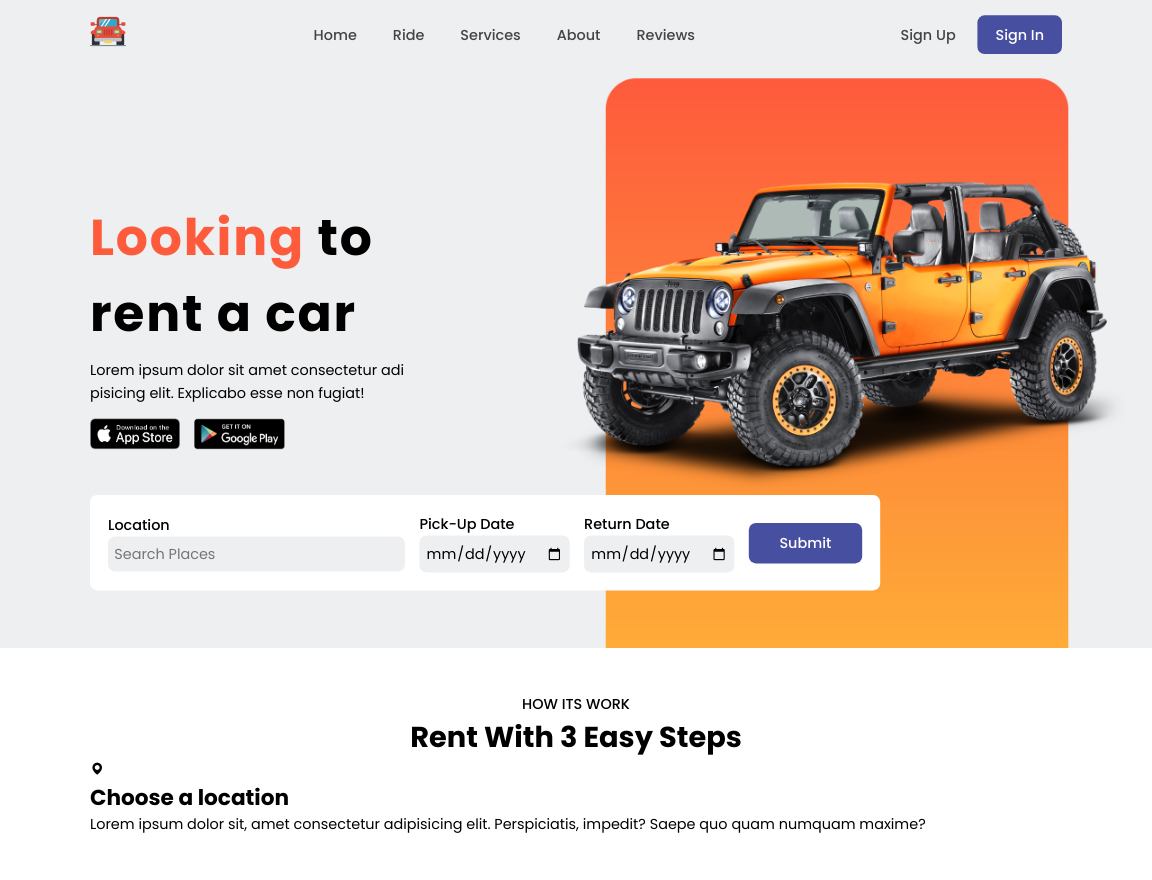
Repository: douglasabnovato/car-rental
Page: index.html
These files come from the project's save history. The page is drawn as it stood at one moment and after the next save; the edit follows.
The browser window is 1280 px wide. The pictures show the whole page, at 90% of full size.

Above is the page before, as saved 2025-05-16 13:29:00.

### index.html
<!DOCTYPE html>
<html lang="en">
  <head>
    <meta charset="UTF-8" />
    <meta name="viewport" content="width=device-width, initial-scale=1.0" />
    <title>Car Rental</title>
    <link
      rel="stylesheet"
      href="https://cdn.jsdelivr.net/npm/boxicons@latest/css/boxicons.min.css"
    />
    <link rel="stylesheet" href="./style.css" />
  </head>
  <body>
    <!-- Header -->
    <header>
      <a href="#" class="logo"
        ><img src="./assets/jeep.png" alt="logo da car rental" srcset=""
      /></a>
      <div class="bx bx-menu" id="menu-icon"></div>
      <ul class="navbar">
        <li><a href="#home">Home</a></li>
        <li><a href="#ride">Ride</a></li>
        <li><a href="#services">Services</a></li>
        <li><a href="#about">About</a></li>
        <li><a href="#reviews">Reviews</a></li>
      </ul>
      <div class="header-btn">
        <a href="#" class="sign-up">Sign Up</a>
        <a href="#" class="sign-in">Sign In</a>
      </div>
    </header>

    <!-- Home -->
    <section class="home" id="home">
      <div class="text">
        <h1>
          <span>Looking</span> to <br />
          rent a car
        </h1>
        <p>
          Lorem ipsum dolor sit amet consectetur adi <br />
          pisicing elit. Explicabo esse non fugiat!
        </p>
        <div class="app-stores">
          <img src="./assets/ios.png" alt="" />
          <img src="./assets/play.png" alt="" />
        </div>
      </div>
      <div class="form-container">
        <form action="">
          <div class="input-box">
            <span>Location</span>
            <input type="search" name="" id="" placeholder="Search Places" />
          </div>
          <div class="input-box">
            <span>Pick-Up Date</span>
            <input type="date" name="" id="" />
          </div>
          <div class="input-box">
            <span>Return Date</span>
            <input type="date" name="" id="" />
          </div>
          <input type="submit" name="" id="" class="btn" />
        </form>
      </div>
    </section>

    <!-- Ride -->
    <section class="ride" id="ride">
      <div class="heading">
        <span>How Its Work</span>
        <h1>Rent With 3 Easy Steps</h1>
      </div>
      <div class="ride-container">
        <div class="box">
          <i class="bx bxs-map"></i>
          <h2>Choose a location</h2>
          <p>Lorem ipsum dolor sit, amet consectetur adipisicing elit. Perspiciatis, impedit? Saepe quo quam numquam maxime?</p>
        </div>
      </div>
    </section>

    <!-- Link to JS -->
    <script src="./script.js"></script>
  </body>
</html>

### style.css
@import url("https://fonts.googleapis.com/css2?family=Noto+Sans:ital,wght@0,100..900;1,100..900&family=Poppins:ital,wght@0,100;0,200;0,300;0,400;0,500;0,600;0,700;0,800;0,900;1,100;1,200;1,300;1,400;1,500;1,600;1,700;1,800;1,900&display=swap");

* {
  margin: 0;
  padding: 0;
  box-sizing: border-box;
  scroll-padding-top: 2rem;
  scroll-behavior: smooth;
  list-style: none;
  text-decoration: none;
  font-family: "Poppins", sans-serif;
}

:root {
  --main-color: #fe5b3d;
  --second-color: #ffac38;
  --text-color: #444;
  --gradient: linear-gradient(#fe5b3d, #ffac38);
}

html::-webkit-scrollbar {
  width: 0.5rem;
}

html::-webkit-scrollbar-track {
  background: transparent;
}

html::-webkit-scrollbar-thumb {
  background: var(--main-color);
  border-radius: 5rem;
}

section {
  padding: 50px 100px;
}

/* Header */

header {
  position: fixed;
  width: 100%;
  top: 0;
  right: 0;
  z-index: 1000;
  display: flex;
  align-items: center;
  justify-content: space-between;
  background: #eeeff1;
  padding: 15px 100px;
}

.logo img {
  width: 40px;
}

.navbar {
  display: flex;
}

.navbar li {
  position: relative;
}

.navbar a {
  font-size: 1rem;
  padding: 10px 20px;
  color: var(--text-color);
  font-weight: 500;
}

.navbar a:after {
  content: "";
  width: 0;
  height: 3px;
  background: var(--gradient);
  position: absolute;
  bottom: -4px;
  left: 0;
  transition: 0.5s;
}

.navbar a:hover::after {
  width: 100%;
}

#menu-icon {
  font-size: 24px;
  cursor: pointer;
  z-index: 10001;
  display: none;
}

.header-btn a {
  padding: 10px 20px;
  color: var(--text-color);
  font-weight: 500;
}

.header-btn .sign-in {
  background: #474fa0;
  color: #fff;
  border-radius: 0.5rem;
}

.header-btn .sign-in:hover {
  background: var(--main-color);
}

/* Home */
.home {
  width: 100%;
  min-height: 100vh;
  position: relative;
  background: url(./assets/Car\ Website\ –\ 1@2x.png);
  background-repeat: no-repeat;
  background-position: center right;
  background-size: cover;
  display: grid;
  align-items: center;
  grid-template-columns: repeat(2, 1fr);
}

.text h1 {
  font-size: 3.5rem;
  letter-spacing: 2px;
}

.text span {
  color: var(--main-color);
}

.text p {
  margin: 0.5rem 0 1rem;
}

.app-stores {
  display: flex;
}

.app-stores img {
  width: 100px;
  margin-right: 1rem;
  cursor: pointer;
}

.form-container form {
  display: flex;
  flex-wrap: wrap;
  align-items: center;
  gap: 1rem;
  position: absolute;
  bottom: 4rem;
  left: 100px;
  background: #fff;
  padding: 20px;
  border-radius: 0.5rem;
}

.input-box {
  flex: 1 1 7rem;
  display: flex;
  flex-direction: column;
}

.input-box span {
  font-weight: 500;
}

.input-box input {
  padding: 7px;
  outline: none;
  border: none;
  background: #eeeff1;
  border-radius: 0.5rem;
  font-size: 1rem;
}

.form-container form .btn {
  flex: 1 1 7rem;
  padding: 10px 34px;
  border: none;
  border-radius: 0.5rem;
  background: #474fa0;
  color: #fff;
  font-size: 1rem;
  font-weight: 500;
}

.form-container form .btn:hover {
  background: var(--main-color);
  cursor: pointer;
}

/* Ride */
.heading {
  text-align: center;
}

.heading span {
  font-weight: 500;
  text-transform: uppercase;
}

.heading h1 {
  font-size: 2rem;
}

Loaded but not shown: script.js (no stored copy; drawn as an empty file)

After the next save:
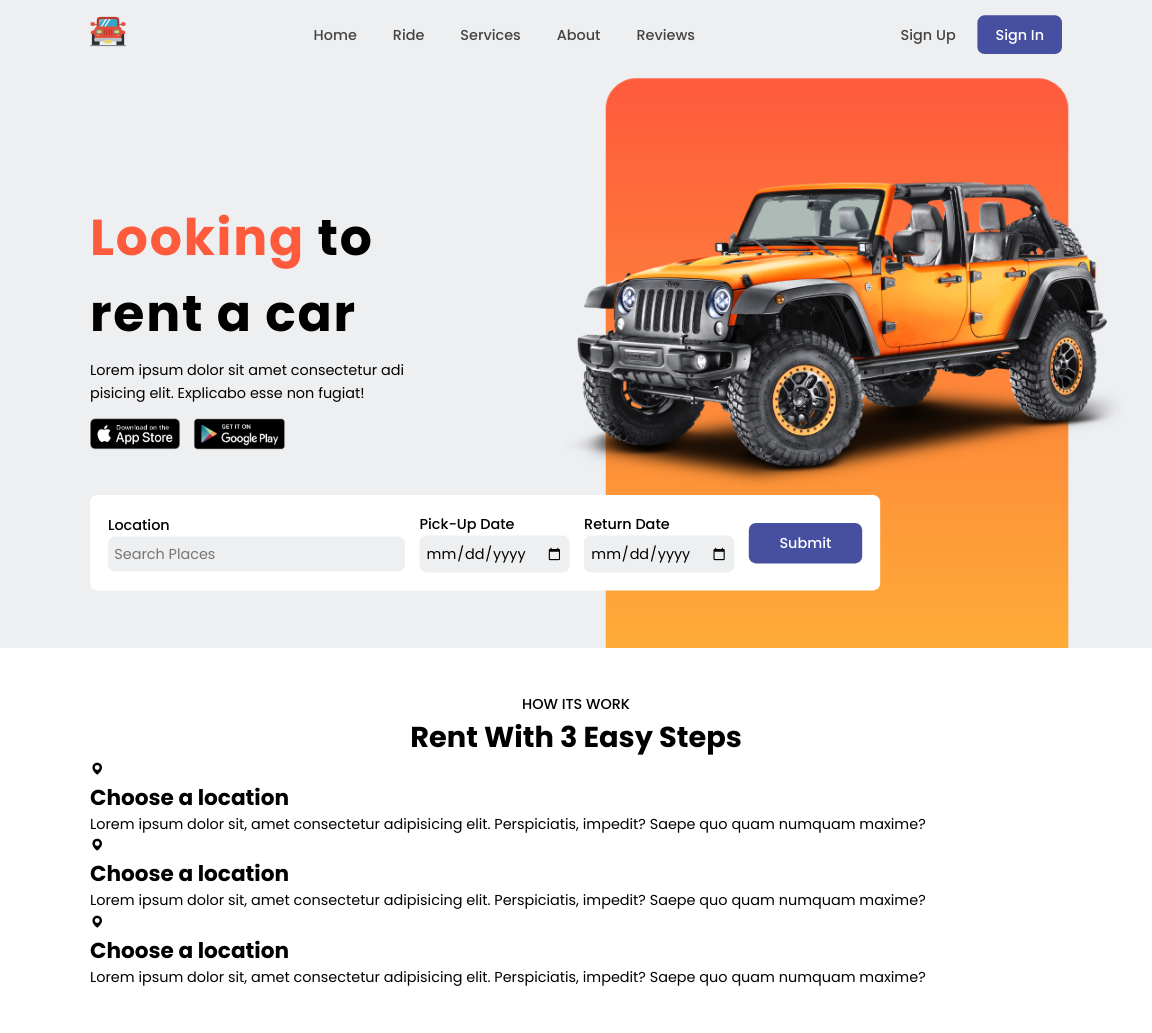
Saved 60 s later.
--- a/index.html
+++ b/index.html
@@ -75,7 +75,26 @@
         <div class="box">
           <i class="bx bxs-map"></i>
           <h2>Choose a location</h2>
-          <p>Lorem ipsum dolor sit, amet consectetur adipisicing elit. Perspiciatis, impedit? Saepe quo quam numquam maxime?</p>
+          <p>
+            Lorem ipsum dolor sit, amet consectetur adipisicing elit.
+            Perspiciatis, impedit? Saepe quo quam numquam maxime?
+          </p>
+        </div>
+        <div class="box">
+          <i class="bx bxs-map"></i>
+          <h2>Choose a location</h2>
+          <p>
+            Lorem ipsum dolor sit, amet consectetur adipisicing elit.
+            Perspiciatis, impedit? Saepe quo quam numquam maxime?
+          </p>
+        </div>
+        <div class="box">
+          <i class="bx bxs-map"></i>
+          <h2>Choose a location</h2>
+          <p>
+            Lorem ipsum dolor sit, amet consectetur adipisicing elit.
+            Perspiciatis, impedit? Saepe quo quam numquam maxime?
+          </p>
         </div>
       </div>
     </section>
